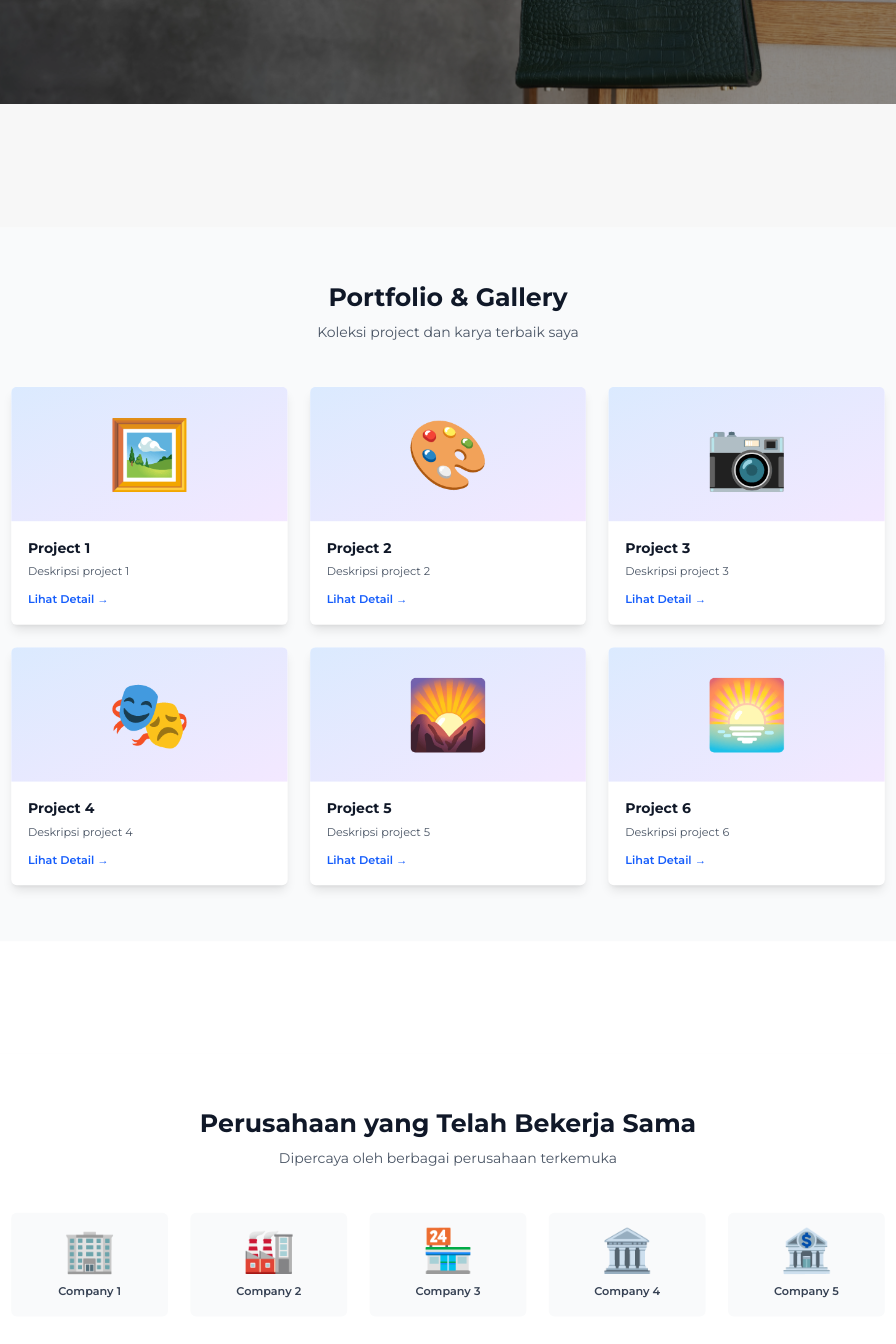
Repository: faridfirdaus-fred/konveksi_misju
Page: /
These files come from the project's save history. The page is drawn as it stood at one moment and after the next save; the edit follows.
The browser window is 1280 px wide. The pictures show the part of the page from y = 571 to 2491 px (the page is 2897 px tall before and 2921 px after), at 70% of full size.
The project was rebuilt for these pictures with package versions that can differ from the ones it lists, and the page was loaded fresh each time. Also part of the build but not shown: vite.config.js.

Above is the page before, as saved 2026-01-09 19:03:18.

After the next save:
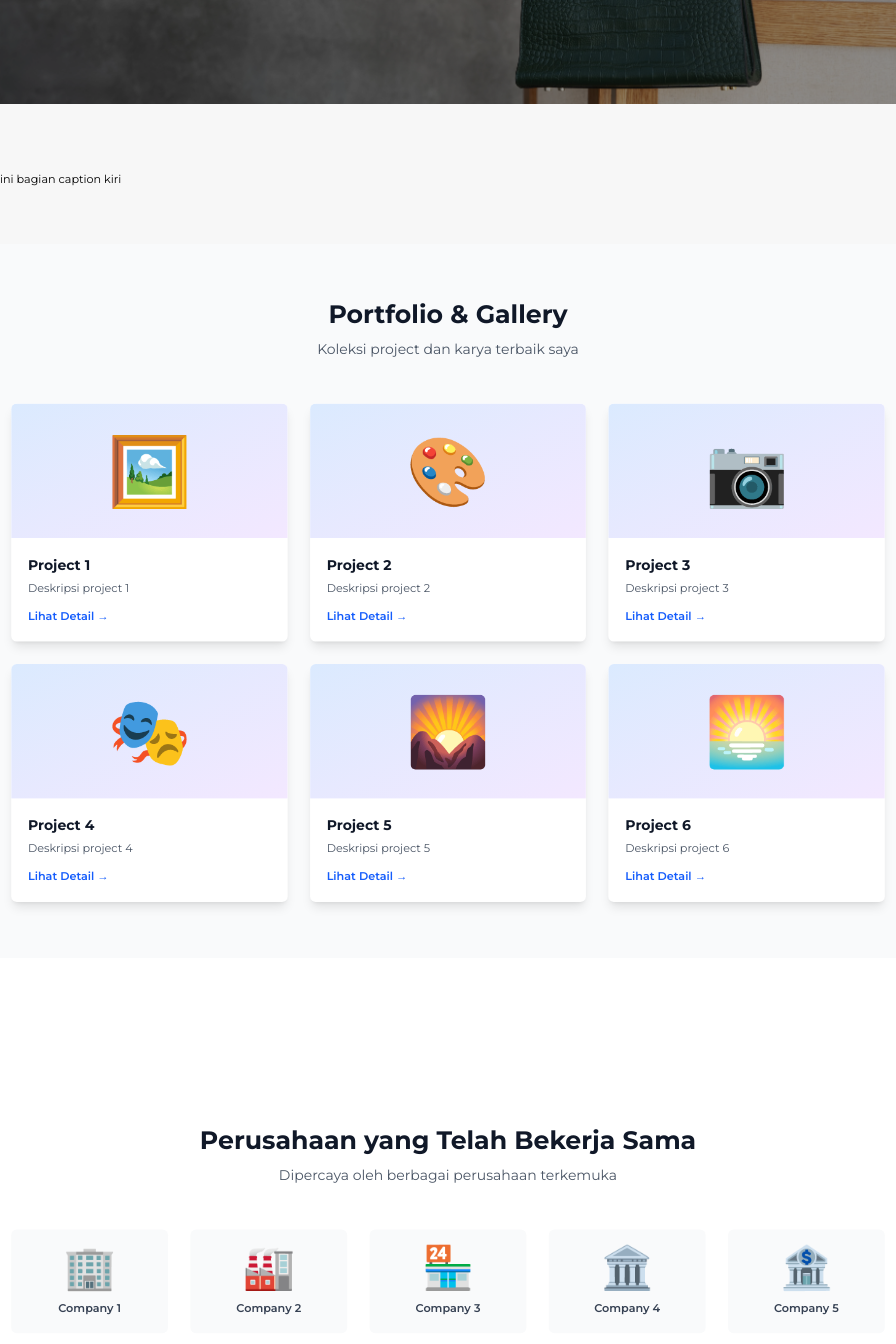
Saved 6 s later.
--- a/src/components/Hero_Bottom.jsx
+++ b/src/components/Hero_Bottom.jsx
@@ -3,7 +3,7 @@
   return (
     <section id="home" className="pt-24 pb-20 bg-secondary w-full mx-auto">
       <div className="w-6/12 ">
-    <p></p>
+    <p>ini bagian caption kiri</p>
       </div>
       <div className="w-6/12 ">
 
